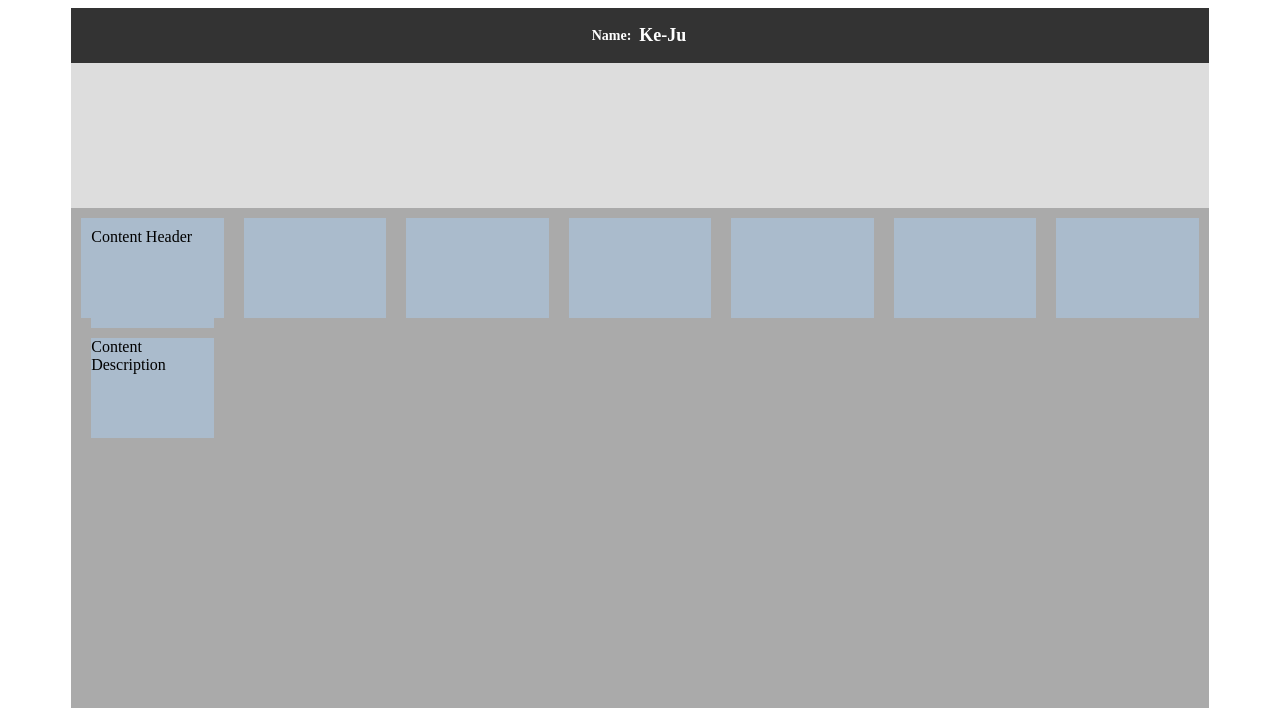
Repository: kerudai/mdiat3126nextapp
Page: /
These files come from the project's save history. The page is drawn as it stood at one moment and after the next save; the edit follows.
The browser window is 1280 px wide. The pictures show the whole page.
The project was rebuilt for these pictures with package versions that can differ from the ones it lists, and the page was loaded fresh each time. The framework's server and built-in components were replaced by stand-ins that run in the browser.

Above is the page before, as saved 2020-09-29 16:17:22.

### pages/_app.js
import './app.scss';

function MyApp({ Component, pageProps }) {
  return <Component {...pageProps} />
}

export default MyApp

### pages/index.js
import Header from '../comps/Header';

export default function Home() {
  return (
    <div className="main">
      <div className="header">
        <Header />
      </div>
      <div className="contents">
        <div>
          <div>Content Header</div>
          <div>Content Description</div>
        </div>
        <div></div>
        <div></div>
        <div></div>
        <div></div>
        <div></div>
        <div></div>
      </div>
    </div>
  )
}

### pages/app.scss


@import './index.scss';

### comps/Header/index.js
import React from 'react';
import styled, {css} from 'styled-components';

const HeadTitle = styled.h1`
    font-size: 18px;
    color: ${props=>props.color ? props.color : "#FFF"};
    padding: 5px;
    ${props=>props.highlight === true && css`
    background-color: #F5A;
    margin: 10px;
    `}
`;

const SubHeadTitle = styled(HeadTitle)`
    font-size: 14px;
    padding: 3px;
`;

const HeadBox = styled.div`
    background-color: #333;
    display: flex;
    align-items: center;
    justify-content: center;
`;

const Header = ({color, highlight}) => {
    return <HeadBox>
        <SubHeadTitle color={color}>Name: </SubHeadTitle>
        <HeadTitle highlight={highlight}>Ke-Ju</HeadTitle>
    </HeadBox>;
}

Header.defaultProps = {
    color: null,
    highlight: null
};

export default Header;

### pages/index.scss
.main {
    width: 90%;
    margin: auto;

    .header {
        min-height: 200px;
        background-color: #DDD;
    }

    .contents {
        min-height: 500px;
        display: flex;
        background-color: #AAA;
        flex-wrap: wrap;

        div {
            background-color: #ABC;
            flex: 1 0 100px;
            height: 100px;
            margin: 10px;
        }
    }
}

After the next save:
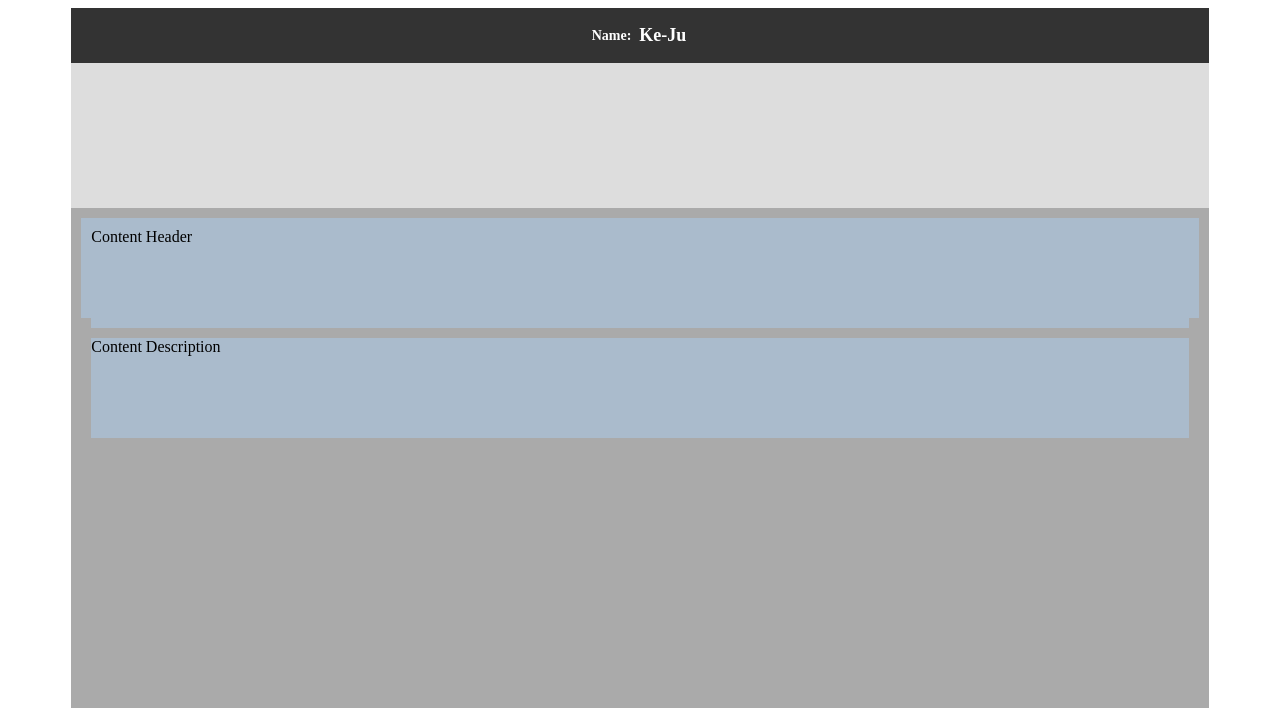
Saved 50 s later.
--- a/pages/index.js
+++ b/pages/index.js
@@ -11,12 +11,6 @@ export default function Home() {
           <div>Content Header</div>
           <div>Content Description</div>
         </div>
-        <div></div>
-        <div></div>
-        <div></div>
-        <div></div>
-        <div></div>
-        <div></div>
       </div>
     </div>
   )
